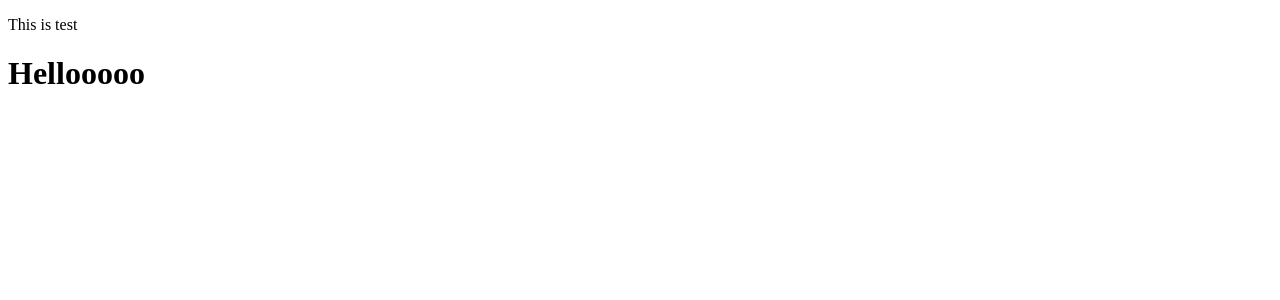
Repository: saparparth/Test-repo
Page: index.html
These files come from the project's save history. The page is drawn as it stood at one moment and after the next save; the edit follows.
The browser window is 1280 px wide. The pictures show the whole page.

Above is the page before, as saved 2023-12-13 14:51:48.

### index.html
<!DOCTYPE html>
<html lang="en">
<head>
    <meta charset="UTF-8">
    <meta name="viewport" content="width=device-width, initial-scale=1.0">
    <title>Document</title>
</head>
<body>
    <p>This is test
    </p></body>
    <h1>Hellooooo</h1>
</html>

After the next save:
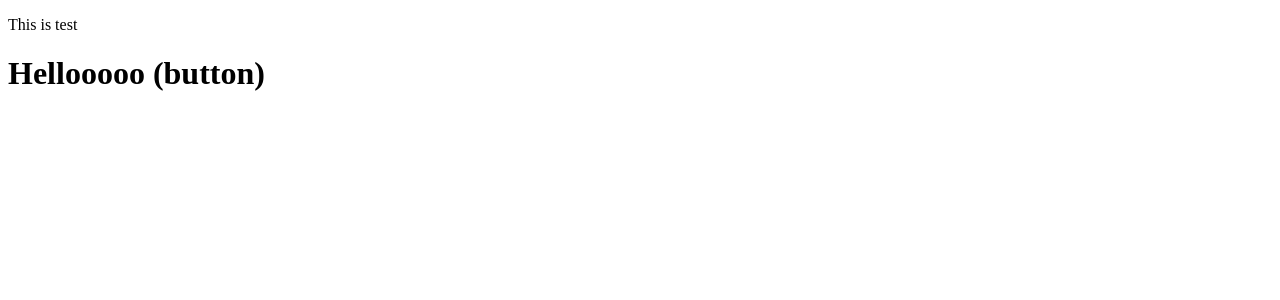
Saved 7 min 28 s later.
--- a/index.html
+++ b/index.html
@@ -8,5 +8,5 @@
 <body>
     <p>This is test
     </p></body>
-    <h1>Hellooooo</h1>
+    <h1>Hellooooo (button)</h1>
 </html>
